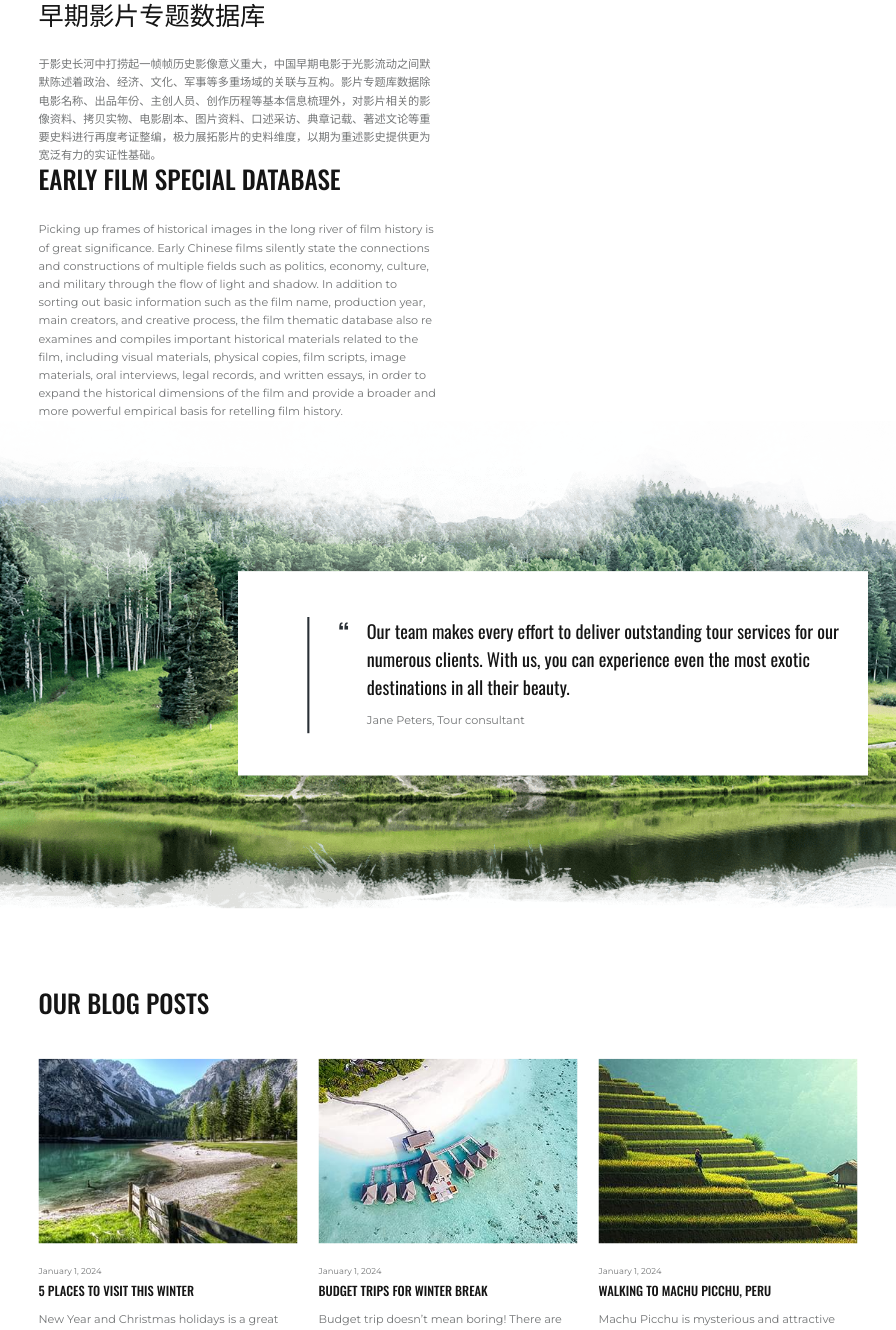
Repository: Jquarker/Modern-Film-Database
Page: index.html
The author's editor kept a copy of each file at every save. The page is drawn from the files as they stood at one save, then again after a run of saves.
The browser window is 1280 px wide. The pictures show the part of the page from y = 3148 to 5048 px (the page is 5782 px tall before and 5812 px after), at 70% of full size.

Above is the page before, as saved 2025-02-21 12:15:02.

After the next 2 saves:
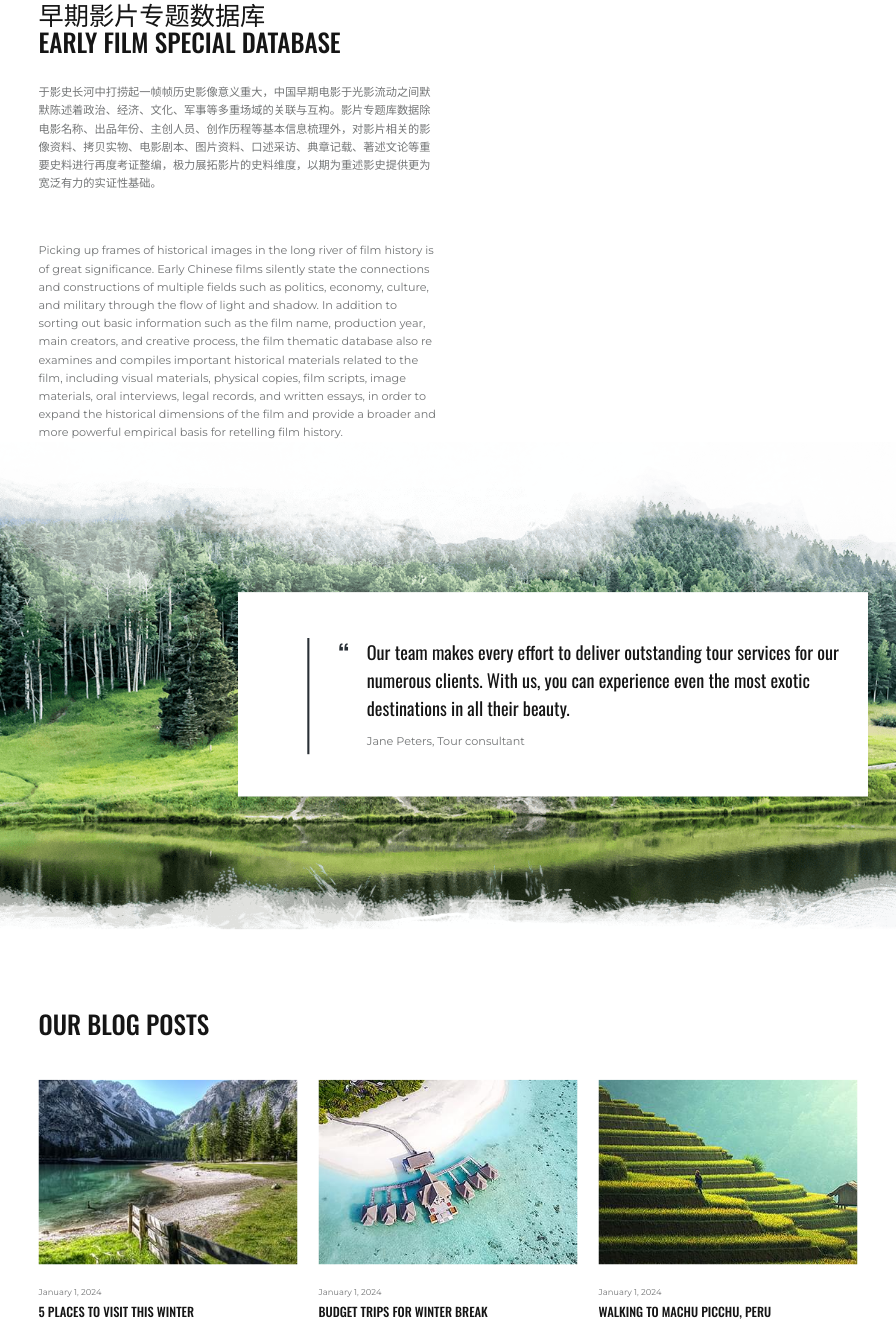
The 2 saves are shown as one change because they came seconds apart.
The last was saved 11 s later.
--- a/index.html
+++ b/index.html
@@ -249,12 +249,13 @@
       <section class="section section-md bg-default">
         <div class="container">
           <h2>早期影片专题数据库</h2>
+          <h2>Early Film Special Database</h2>
           <div class="row row-40 offset-lg">
             <div class="col-xl-6 wow fadeInLeft">
               <p>于影史长河中打捞起一帧帧历史影像意义重大，中国早期电影于光影流动之间默默陈述着政治、经济、文化、军事等多重场域的关联与互构。影片专题库数据除电影名称、出品年份、主创人员、创作历程等基本信息梳理外，对影片相关的影像资料、拷贝实物、电影剧本、图片资料、口述采访、典章记载、著述文论等重要史料进行再度考证整编，极力展拓影片的史料维度，以期为重述影史提供更为宽泛有力的实证性基础。</p>
             </div>
           </div>
-          <h2>Early Film Special Database</h2>
+
           <div class="row row-40 offset-lg">
             <div class="col-xl-6 wow fadeInLeft">
               <p>Picking up frames of historical images in the long river of film history is of great significance. Early Chinese films
